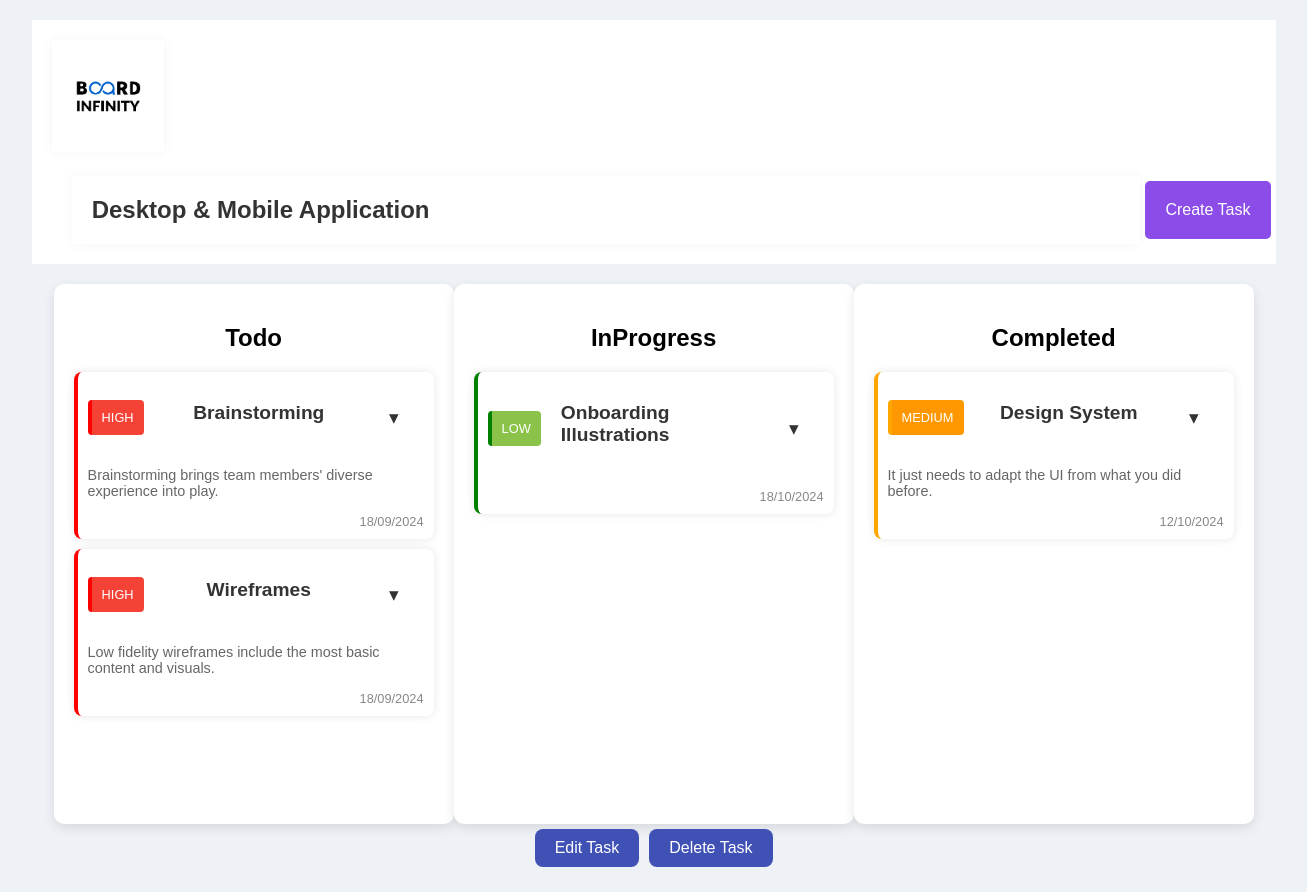
Repository: tanya2468/todo
Page: /
The author's editor kept a copy of each file at every save. The page is drawn from the files as they stood at one save, then again after the next save.
The browser window is 1280 px wide. The page is 1307 px wide, so the pictures cover 1307 px, including what lies to the right of the window. The pictures show the whole page.
The project was rebuilt for these pictures with package versions that can differ from the ones it lists, and the page was loaded fresh each time. Also part of the build but not shown: src/TaskModal.css, src/TaskModal.js, src/EditTaskModal.js, src/DeleteTaskModal.js.

Above is the page before, as saved 2024-09-08 17:06:00.

After the next save:
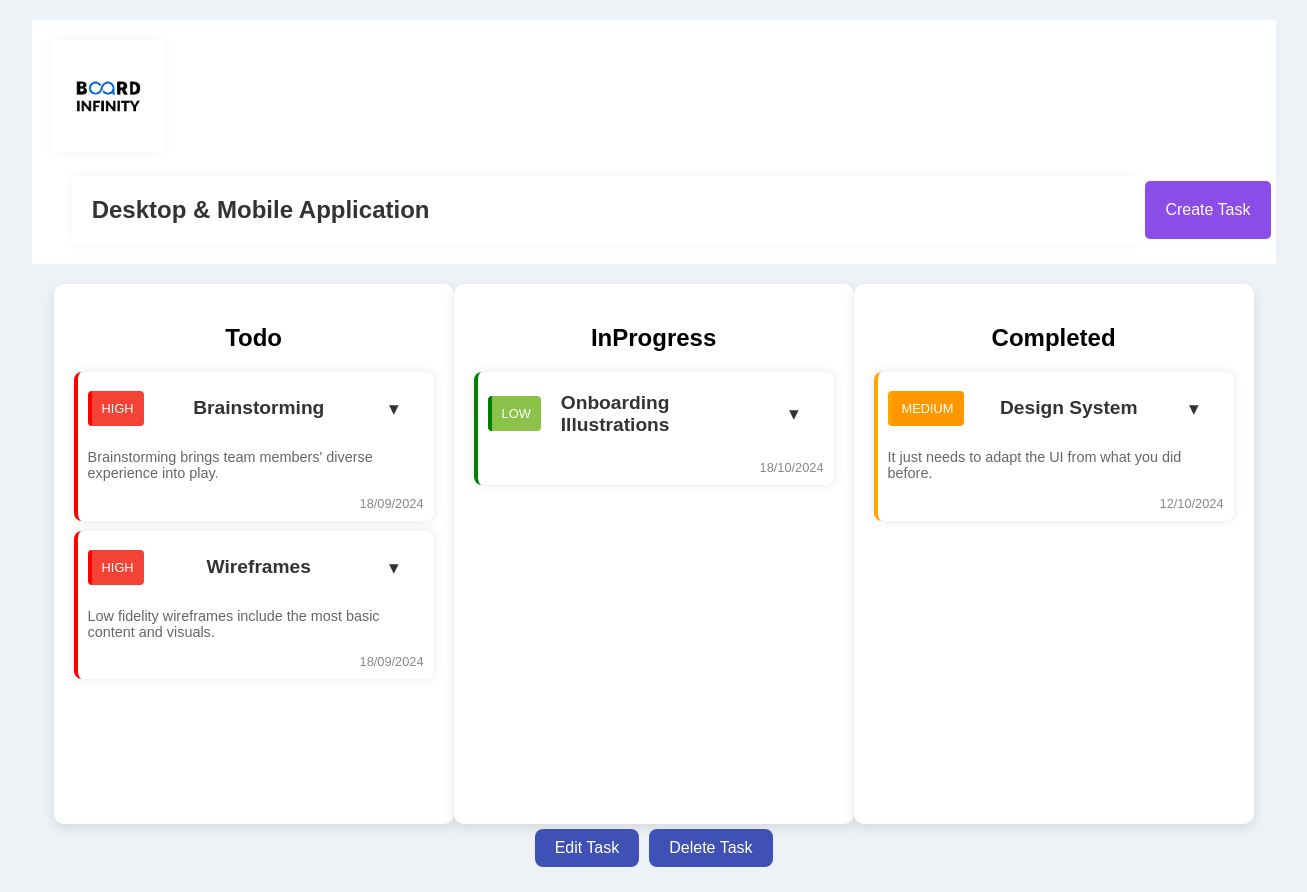
Saved 10 s later.
--- a/src/App.css
+++ b/src/App.css
@@ -271,3 +271,72 @@
 .create-button:hover {
   background-color: #388e3c;
 }
+/* Style for the Todo section */
+.todo-section {
+  background-color: #7E22CE; /* Purple color */
+  color: white;
+  border-radius: 10px 10px 0 0;
+  padding: 10px;
+  font-weight: bold;
+}
+
+/* Style for the In Progress section */
+.inProgress-section {
+  background-color: #F59E0B; /* Orange color */
+  color: white;
+  border-radius: 10px 10px 0 0;
+  padding: 10px;
+  font-weight: bold;
+}
+
+/* Style for the Completed section */
+.completed-section {
+  background-color: #10B981; /* Green color */
+  color: white;
+  border-radius: 10px 10px 0 0;
+  padding: 10px;
+  font-weight: bold;
+}
+
+/* Task Card styles */
+.task-card {
+  background-color: white;
+  border-radius: 8px;
+  padding: 15px;
+  margin-bottom: 15px;
+  box-shadow: 0 2px 10px rgba(0, 0, 0, 0.1);
+}
+
+/* Task Header styles */
+.task-header {
+  display: flex;
+  justify-content: space-between;
+  align-items: center;
+}
+
+.task-header h3 {
+  margin: 0;
+  font-size: 1.2rem;
+  font-weight: bold;
+}
+
+.priority-high {
+  background-color: #F97316; /* High Priority color - Orange */
+  color: white;
+  padding: 3px 8px;
+  border-radius: 5px;
+}
+
+.priority-medium {
+  background-color: #F59E0B; /* Medium Priority color */
+  color: white;
+  padding: 3px 8px;
+  border-radius: 5px;
+}
+
+.priority-low {
+  background-color: #A7F3D0; /* Low Priority color - Light Green */
+  color: black;
+  padding: 3px 8px;
+  border-radius: 5px;
+}

After the 5 saves that followed:
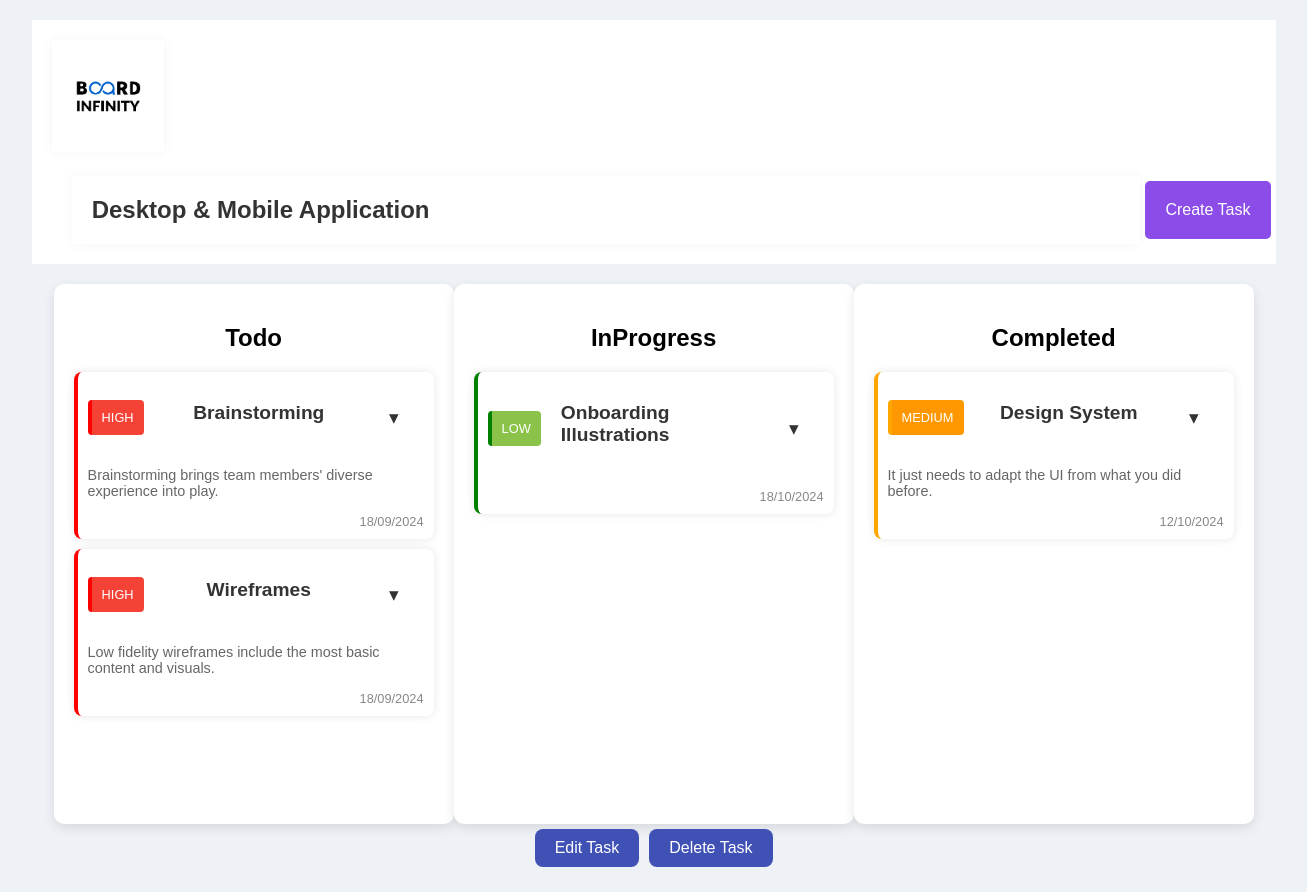
The 5 saves are shown as one change because 1 did not build or start and 3 left the picture as it was.
The last was saved 2 min 10 s later.
--- a/src/App.css
+++ b/src/App.css
@@ -271,72 +271,3 @@
 .create-button:hover {
   background-color: #388e3c;
 }
-/* Style for the Todo section */
-.todo-section {
-  background-color: #7E22CE; /* Purple color */
-  color: white;
-  border-radius: 10px 10px 0 0;
-  padding: 10px;
-  font-weight: bold;
-}
-
-/* Style for the In Progress section */
-.inProgress-section {
-  background-color: #F59E0B; /* Orange color */
-  color: white;
-  border-radius: 10px 10px 0 0;
-  padding: 10px;
-  font-weight: bold;
-}
-
-/* Style for the Completed section */
-.completed-section {
-  background-color: #10B981; /* Green color */
-  color: white;
-  border-radius: 10px 10px 0 0;
-  padding: 10px;
-  font-weight: bold;
-}
-
-/* Task Card styles */
-.task-card {
-  background-color: white;
-  border-radius: 8px;
-  padding: 15px;
-  margin-bottom: 15px;
-  box-shadow: 0 2px 10px rgba(0, 0, 0, 0.1);
-}
-
-/* Task Header styles */
-.task-header {
-  display: flex;
-  justify-content: space-between;
-  align-items: center;
-}
-
-.task-header h3 {
-  margin: 0;
-  font-size: 1.2rem;
-  font-weight: bold;
-}
-
-.priority-high {
-  background-color: #F97316; /* High Priority color - Orange */
-  color: white;
-  padding: 3px 8px;
-  border-radius: 5px;
-}
-
-.priority-medium {
-  background-color: #F59E0B; /* Medium Priority color */
-  color: white;
-  padding: 3px 8px;
-  border-radius: 5px;
-}
-
-.priority-low {
-  background-color: #A7F3D0; /* Low Priority color - Light Green */
-  color: black;
-  padding: 3px 8px;
-  border-radius: 5px;
-}
